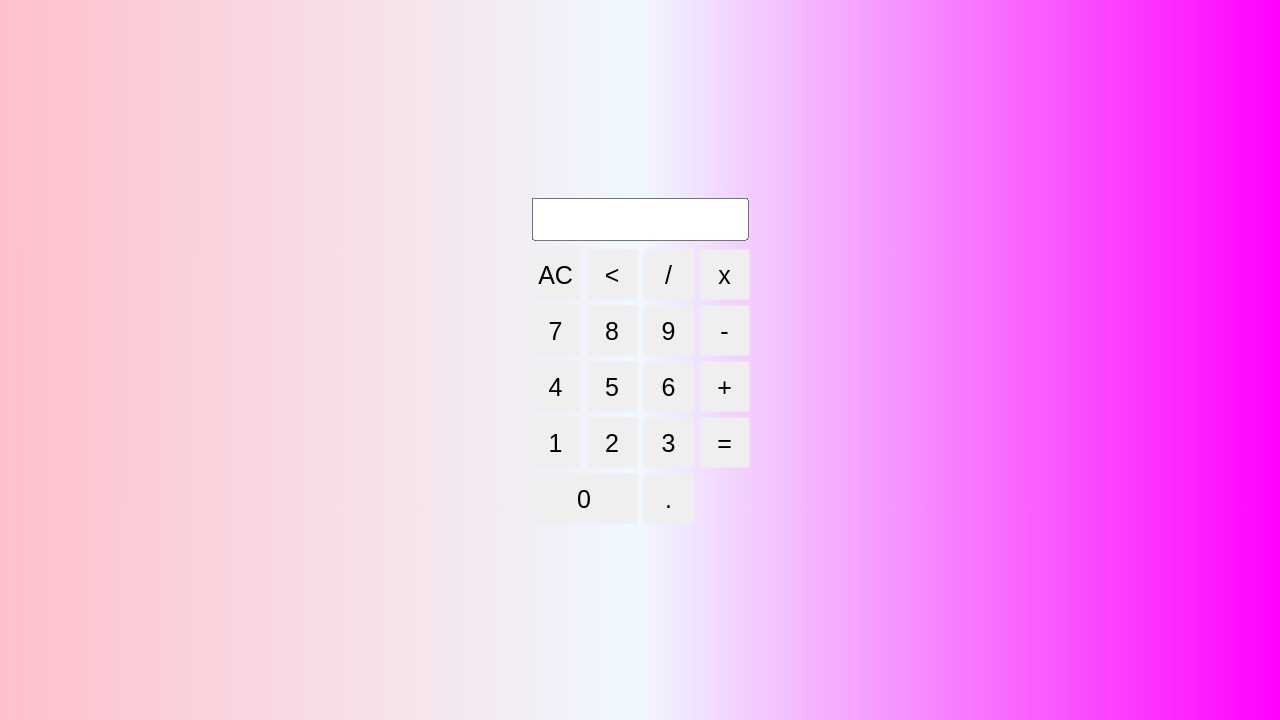
Repository: lacey-crenshaw/calculator
Page: index.html
These files come from the project's save history. The page is drawn as it stood at one moment and after the next save; the edit follows.
The browser window is 1280 px wide. The pictures show the whole page.

Above is the page before, as saved 2020-02-14 10:04:31.

### index.html
<html>

<head>
    <link rel="stylesheet" href="style.css">
    <script>
        function insert(num) {
            document.form.textview.value = document.form.textview.value + num
        }

        function equal() {
            let exp = document.form.textview.value;
            if (exp) {
                document.form.textview.value = eval(exp)
            }
        }

        function ac() {
            document.form.textview.value = "";
        }

        function back() {
            let exp = document.form.textview.value;
            document.form.textview.value = exp.substring(0, exp.length - 1);
        }
    </script>
</head>

<body>
    <div class="bg"></div>
    <div class="main">
        <form name="form">
            <input class="textview" name="textview">
        </form>
        <table>
            <tr>
                <td><input class="button" type="button" value="AC" onclick="ac()"> </td>
                <td><input class="button" type="button" value="<" onclick="back()"> </td>
                <td><input class="button" type="button" value="/" onclick="insert('/')"> </td>
                <td><input class="button" type="button" value="x" onclick="insert('*')"> </td>
            </tr>
            <tr>
                <td><input class="button" type="button" value="7" onclick="insert(7)"></td>
                <td><input class="button" type="button" value="8" onclick="insert(8)"> </td>
                <td><input class="button" type="button" value="9" onclick="insert(9)"> </td>
                <td><input class="button" type="button" value="-" onclick="insert('-')"> </td>
            </tr>
            <tr>
                <td><input class="button" type="button" value="4" onclick="insert(4)"> </td>
                <td><input class="button" type="button" value="5" onclick="insert(5)"> </td>
                <td><input class="button" type="button" value="6" onclick="insert(6)"> </td>
                <td><input class="button" type="button" value="+" onclick="insert('+')"> </td>
            </tr>
            <tr>
                <td><input class="button" type="button" value="1" onclick="insert(1)"> </td>
                <td><input class="button" type="button" value="2" onclick="insert(2)"> </td>
                <td><input class="button" type="button" value="3" onclick="insert(3)"> </td>
                <td><input class="button" type="button" value="=" onclick="equal()"></td>
            </tr>
            <tr>
                <td colspan="2"><input class="button" id="zero" type="button" value="0" onclick="insert(0)">
                </td>
                <td><input class="button" type="button" value="." onclick="insert('.')"> </td>
            </tr>
        </table>
    </div>
</body>

</html>

### style.css
*{
    margin:0;
    padding:0;
}

.button {
    width: 50;
    height: 50;
    font-size: 25;
    margin: 2;
    cursor: pointer;
    background: ;
    border: none;
}

.textview {
    width: 217;
    margin: 5;
    font-size: 25;
    padding: 5;
}

.main {
    position: absolute;
    top: 50%;
    left: 50%;
    transform: translateX(-50%) translateY(-50%);
}

.bg {
    background: linear-gradient(to right, pink, aliceblue, magenta);
    height: 100%;
}

#zero {
    width: 107;
}

After the next save:
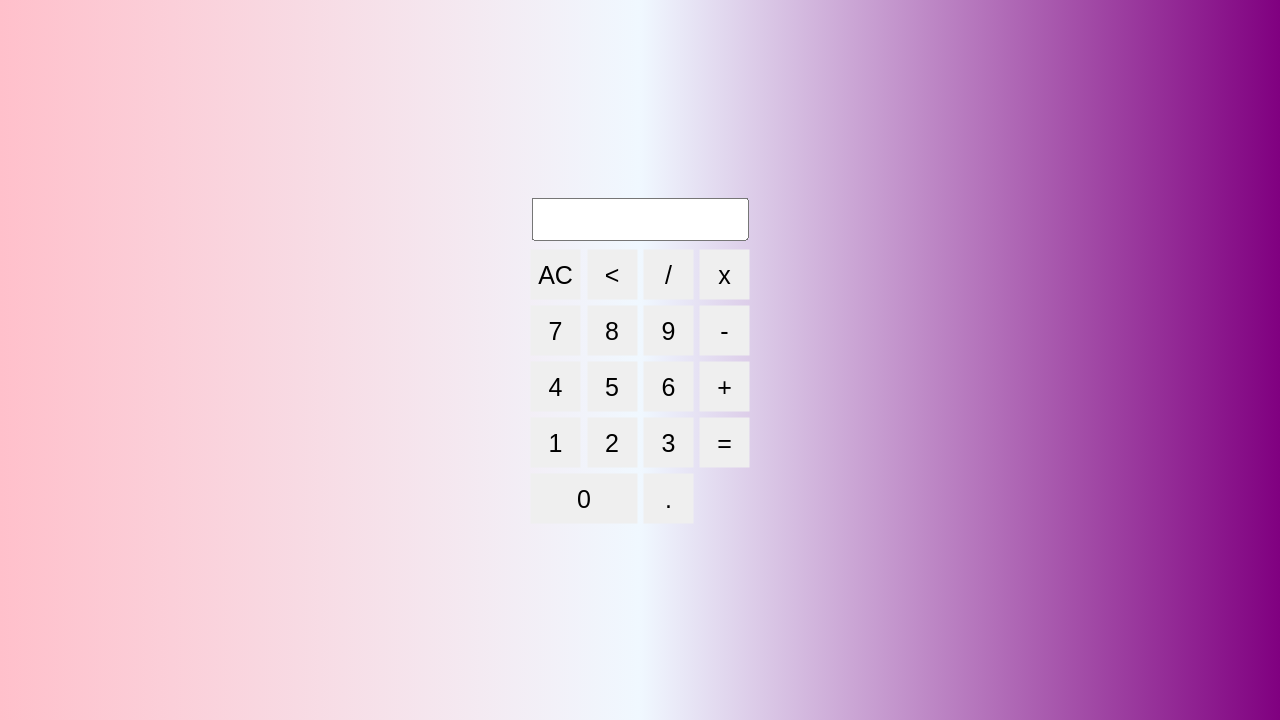
Saved 7 s later.
--- a/style.css
+++ b/style.css
@@ -28,7 +28,7 @@
 }
 
 .bg {
-    background: linear-gradient(to right, pink, aliceblue, magenta);
+    background: linear-gradient(to right, pink, aliceblue, purple);
     height: 100%;
 }
 
